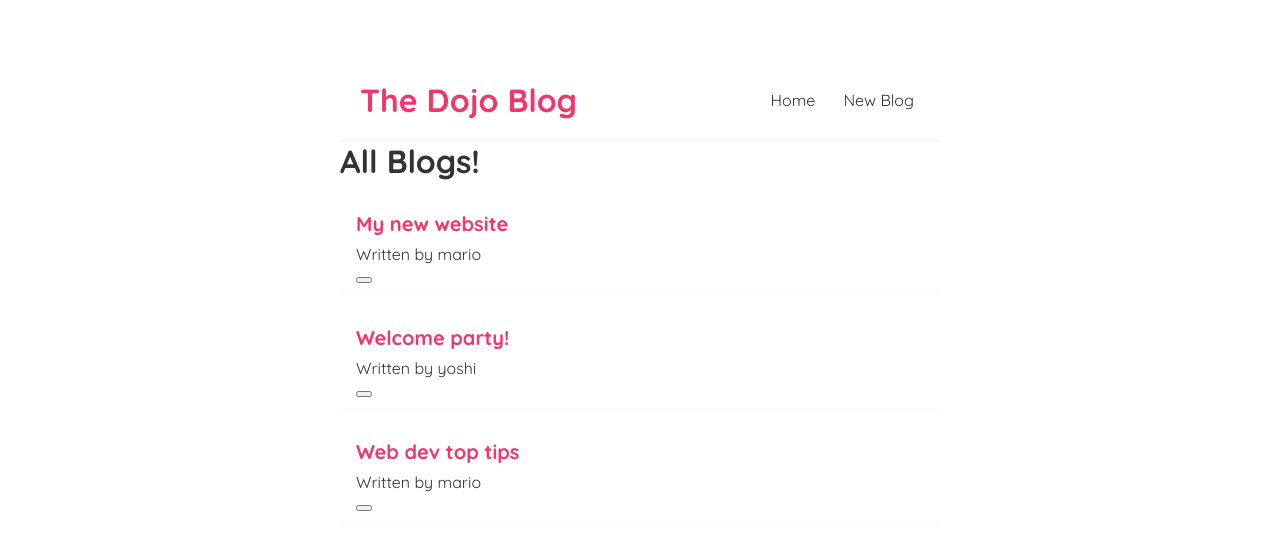
Repository: DESTINYAS/Reactjs
Page: /
The author's editor kept a copy of each file at every save. The page is drawn from the files as they stood at one save, then again after the next save.
The browser window is 1280 px wide. The pictures show the whole page.
The project was rebuilt for these pictures with package versions that can differ from the ones it lists, and the page was loaded fresh each time.

Above is the page before, as saved 2022-11-29 11:13:29.

### src/index.css
@import url("https://fonts.googleapis.com/css2?family=Quicksand:wght@300;400;500;600;700&display=swap");
/* base styles */
* {
  margin: 0;
  font-family: "Quicksand";
  color: #333;
}
.navbar {
  padding: 20px;
  display: flex;
  align-items: center;
  max-width: 600px;
  margin: 0 auto;
  border-bottom: 1px solid #f2f2f2;
}
.navbar h1 {
  color: #f1356d;
}
.navbar .links {
  margin-left: auto;
}
.navbar a {
  margin-left: 16px;
  text-decoration: none;
  padding: 6px;
}
.navbar a:hover {
  color: #f1356d;
}
.content {
  max-width: 600px;
  margin: 40px auto;
  padding: 20px;
}

/* blog previews / list */
.blog-preview {
  padding: 10px 16px;
  margin: 20px 0;
  border-bottom: 1px solid #fafafa;
}
.blog-preview:hover {
  box-shadow: 1px 3px 5px rgba(0, 0, 0, 0.1);
}
.blog-preview h1 {
  font-size: 20px;
  color: #f1356d;
  margin-bottom: 8px;
}

### src/App.js
import Navbar from "./Navbar";
import Home from "./Home";

function App() {
  return (
    <div className="App">
      <div className="content">
        <Navbar />
        <Home />
      </div>
    </div>
  );
}

export default App;

### src/Navbar.js
const Navbar = () => {
  return (
    <div className="navbar">
      <h1>The Dojo Blog</h1>
      <div className="links">
        <a href="/">Home</a>
        <a href="/create">New Blog</a>
      </div>
    </div>
  );
};

export default Navbar;

### src/Home.js
import { useState } from "react";
import BlogList from "./BlogList";

const Home = () => {
  const [blogs, setBlogs] = useState([
    { title: "My new website", body: "lorem ipsum...", author: "mario", id: 1 },
    { title: "Welcome party!", body: "lorem ipsum...", author: "yoshi", id: 2 },
    {
      title: "Web dev top tips",
      body: "lorem ipsum...",
      author: "mario",
      id: 3,
    },
  ]);
  return (
    <div className="home">
      <BlogList blogs={blogs} title="All Blogs!" />
    </div>
  );
};

export default Home;

### src/BlogList.js
const BlogList = ({ blogs, title }) => {
  // const blogs = props.blogs;
  // const title = props.title;
  return (
    <div className="blog-list">
      <h1>{title}</h1>
      {blogs.map((blog) => (
        <div className="blog-preview" key={blog.id}>
          <h1>{blog.title}</h1>
          <p>Written by {blog.author}</p>
          <button></button>
        </div>
      ))}
    </div>
  );
};

export default BlogList;

Loaded but not shown: public/index.html (common file); src/index.js (common file)

After the next save:
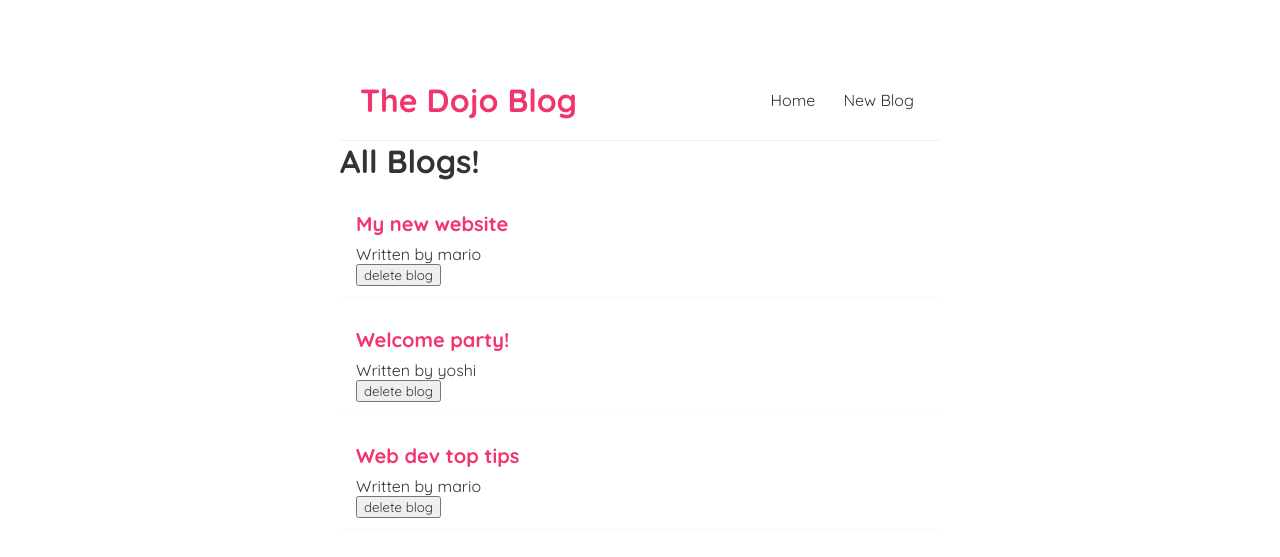
Saved 23 s later.
--- a/src/BlogList.js
+++ b/src/BlogList.js
@@ -8,7 +8,7 @@ const BlogList = ({ blogs, title }) => {
         <div className="blog-preview" key={blog.id}>
           <h1>{blog.title}</h1>
           <p>Written by {blog.author}</p>
-          <button></button>
+          <button>delete blog</button>
         </div>
       ))}
     </div>
